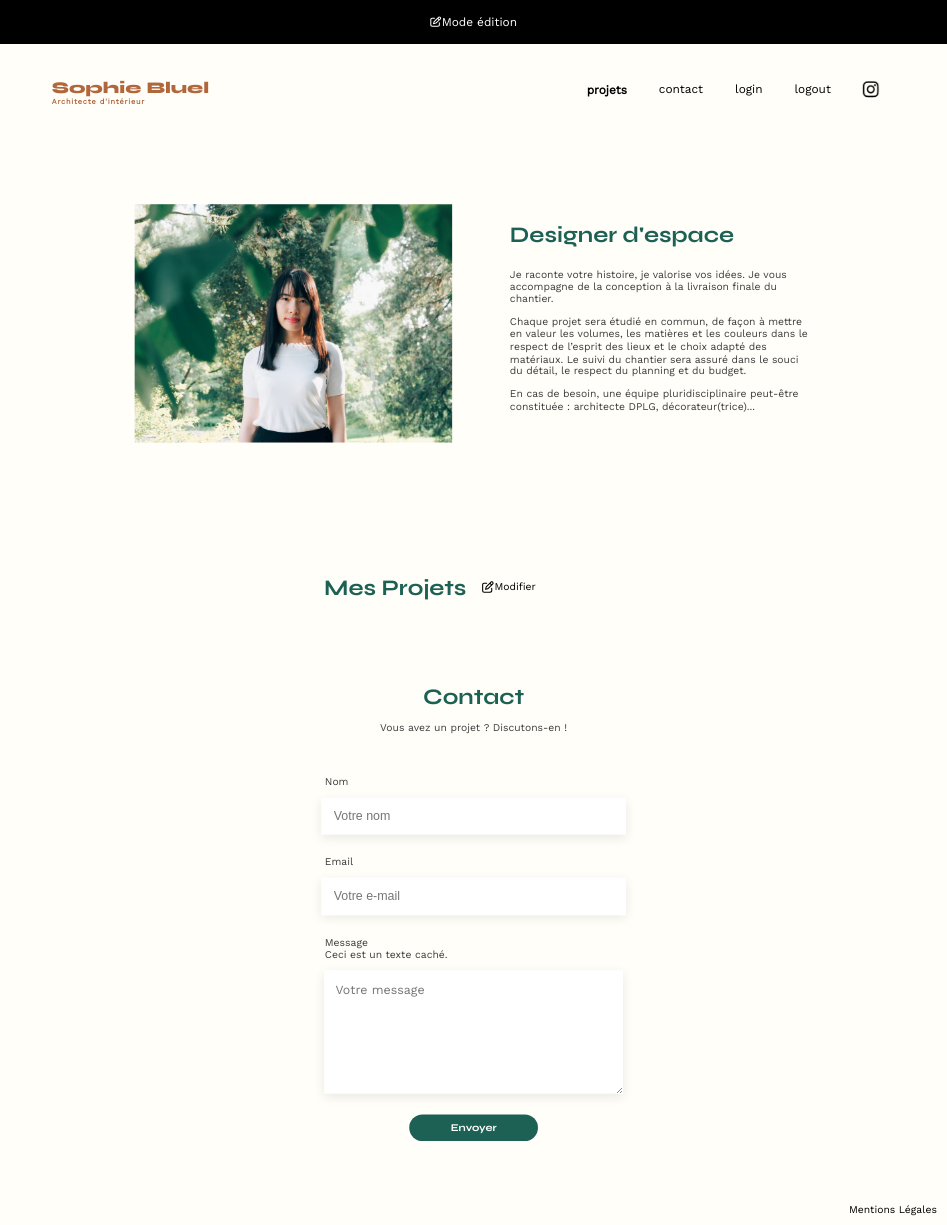
Repository: BlueSoley23/openclassrooms
Page: FrontEnd/index.html
These files come from the project's save history. The page is drawn as it stood at one moment and after the next save; the edit follows.
The browser window is 1280 px wide. The pictures show the whole page, at 74% of full size.
The page's requests for data from a server got no answer.

Above is the page before, as saved 2023-12-21 05:25:45.
Console error: TypeError: categories is not iterable

After the next save:
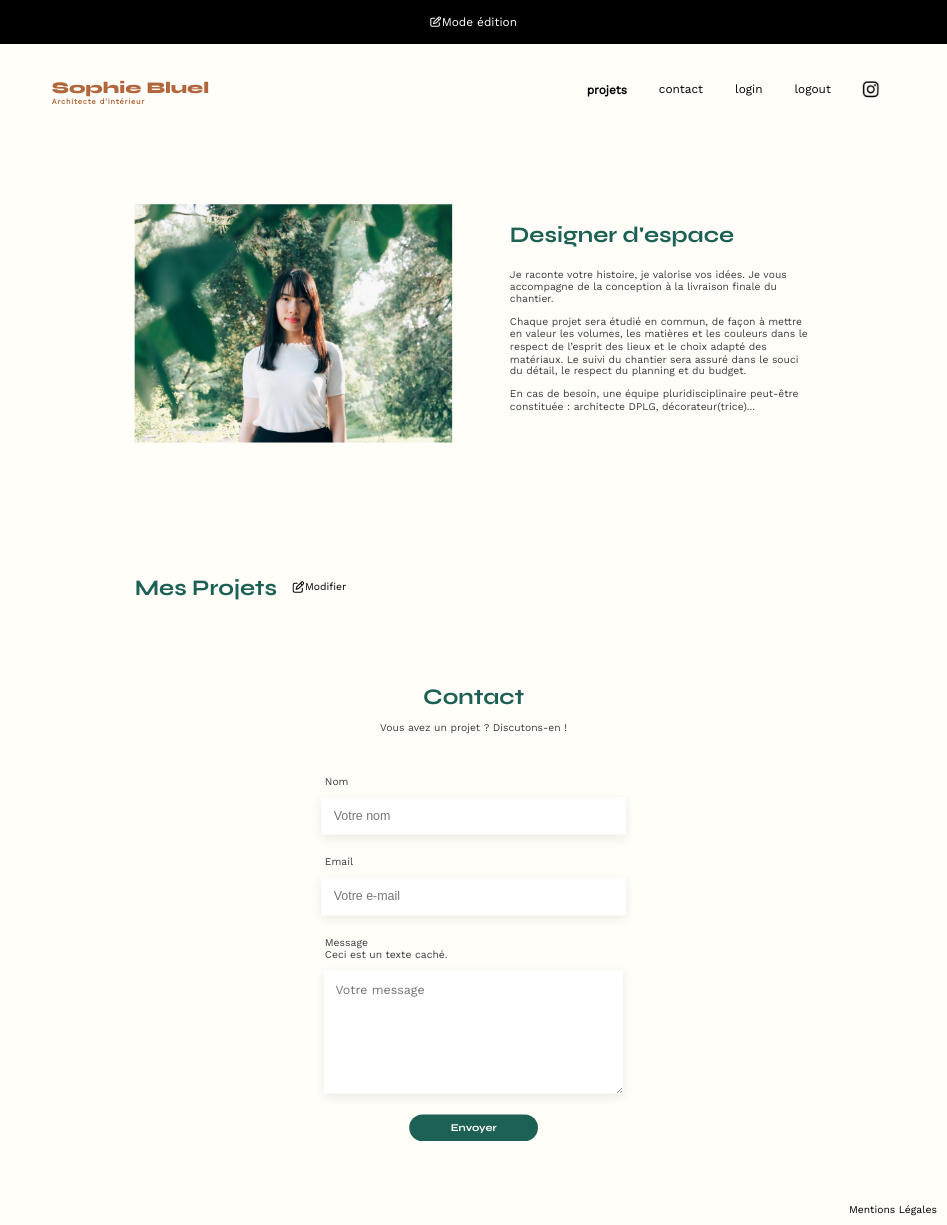
Saved 23 s later.
--- a/FrontEnd/assets/css/style.css
+++ b/FrontEnd/assets/css/style.css
@@ -581,7 +581,7 @@
 		display: flex;
 		flex-direction: row;
 		align-items: center;
-		margin: 0 20vw;
+/*		margin: 0 20vw;*/
 	  }
 
 	  .modifier-link__content {
